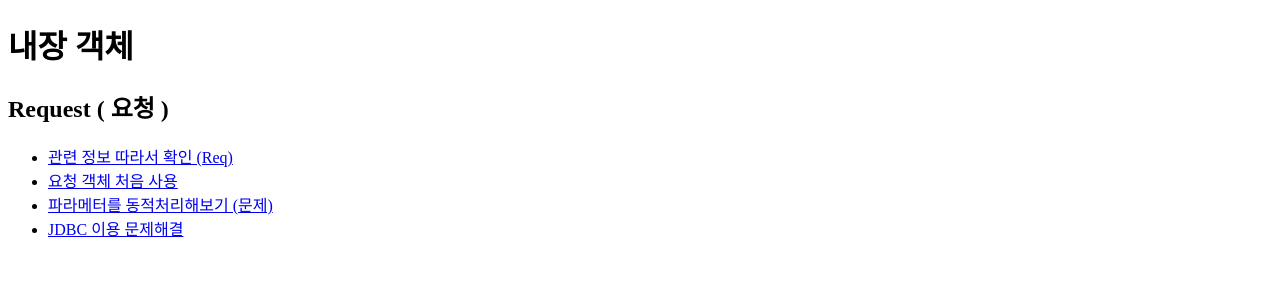
Repository: Kimgigon123123/JspServlet
Page: http://localhost/04.Implicit/
The author's editor kept a copy of each file at every save. The page is drawn from the files as they stood at one save, then again after the next save.
The browser window is 1280 px wide. The pictures show the whole page.
The page is served by Tomcat 9.

Above is the page before, as saved 2023-05-22 03:33:54.

After the next save:
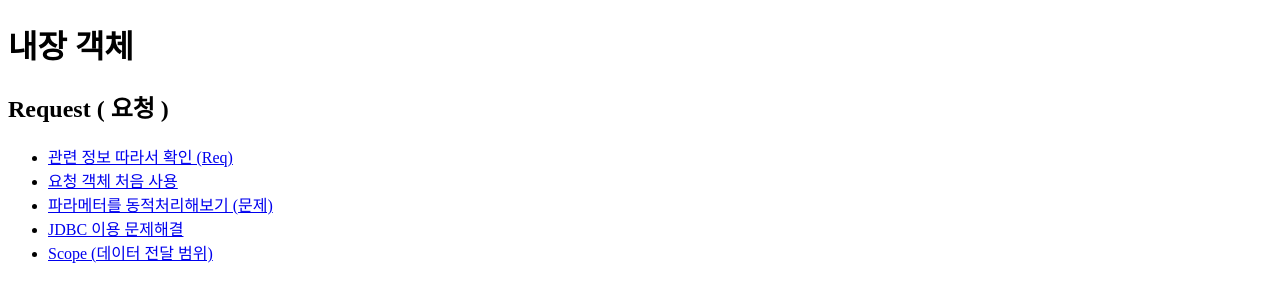
Saved 3 s later.
--- a/WorkSpace/04.Implicit/src/main/webapp/index.jsp
+++ b/WorkSpace/04.Implicit/src/main/webapp/index.jsp
@@ -14,6 +14,7 @@
 		<li><a href="Ex01_Request/Ex01_Request.jsp">요청 객체 처음 사용</a></li>
 		<li><a href="Ex01_Request/Ex02_Request.jsp">파라메터를 동적처리해보기 (문제)</a></li>
 		<li><a href="Ex01_Request/Ex03_Request.jsp">JDBC 이용 문제해결</a></li>
+		<li><a href="Ex01_Request/Ex04_Scope.jsp">Scope (데이터 전달 범위)</a></li>
 	</ul>
 </body>
 </html>
